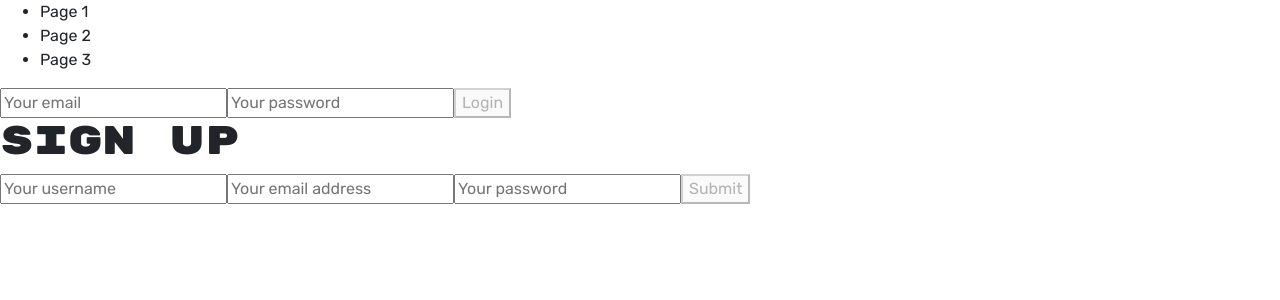
Repository: SCScbc-Projects2022/project-three
Page: / (app in client/)
An editor plug-in stored every save of this project. The page is shown before and after the next save, followed by the edit.
The browser window is 1280 px wide. The pictures show the whole page.
The project was rebuilt for these pictures with package versions that can differ from the ones it lists, and the page was loaded fresh each time.

Above is the page before, as saved 2022-07-18 10:04:39.

After the next save:
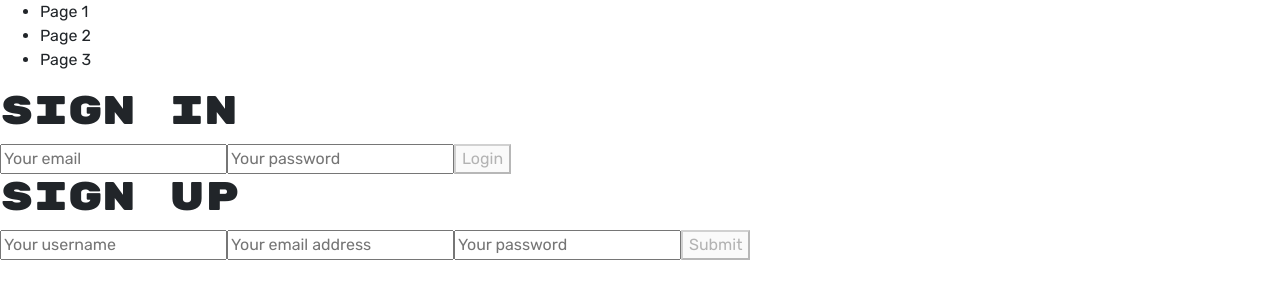
Saved 11 s later.
--- a/client/src/components/LoginForm.js
+++ b/client/src/components/LoginForm.js
@@ -39,6 +39,7 @@ const LoginForm = () => {
 
   return (
     <>
+      <h1>Sign in</h1>
       <form noValidate validated={validated} onSubmit={handleFormSubmit}>
         <input
           type="text"
